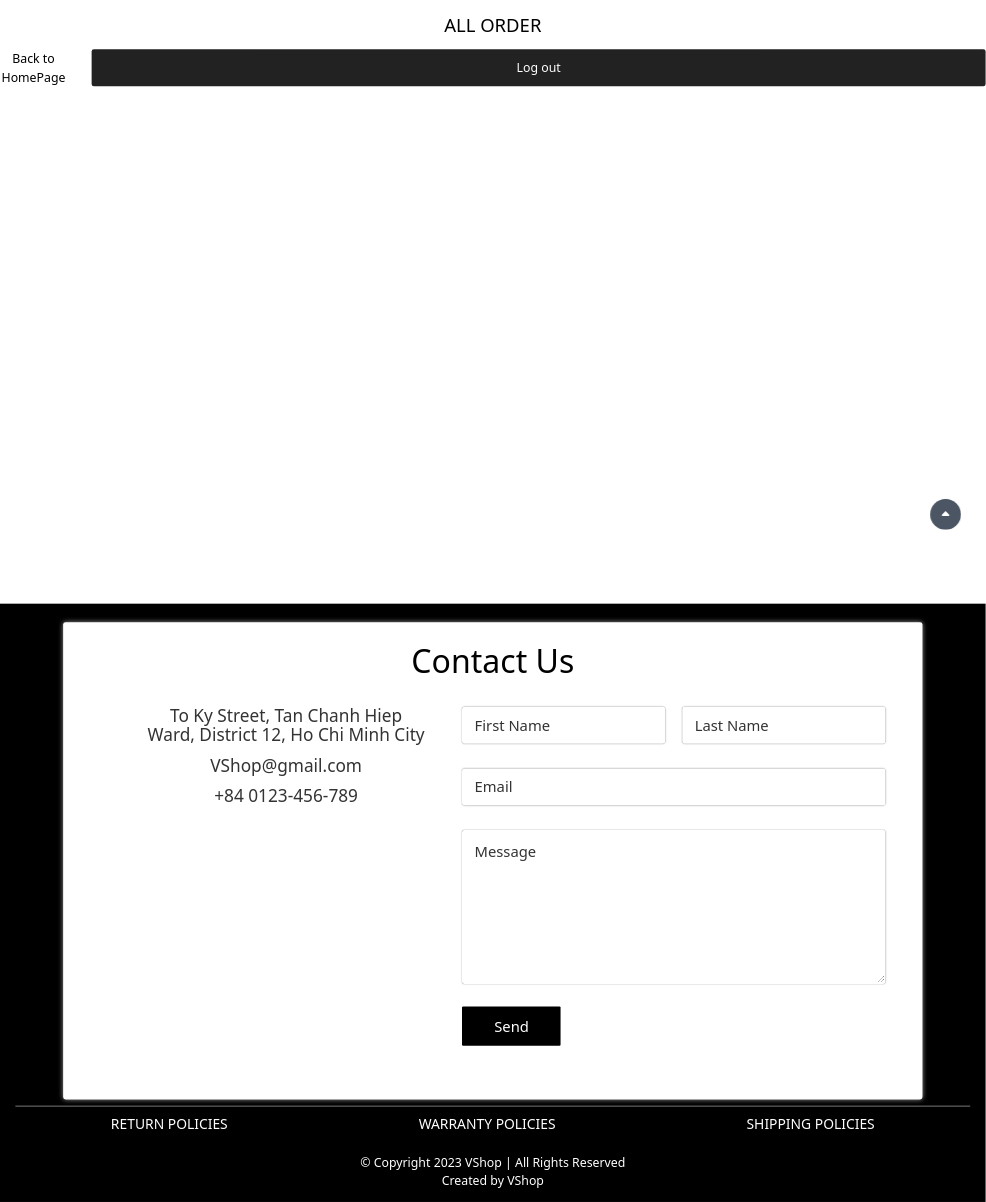
Repository: Kith933UTH/VSHOP
Page: /user
These files come from the project's save history. The page is drawn as it stood at one moment and after the next save; the edit follows.
The browser window is 1280 px wide. The pictures show the whole page, at 77% of full size.
Pictures or frames that could not be fetched are drawn as grey boxes. The project was rebuilt for these pictures with package versions that can differ from the ones it lists, and the page was loaded fresh each time. Also part of the build but not shown: src/components/product-item/ProductItem.js, src/components/loader/Loader.js, src/constants/constants.js, src/components/product-filters/Category.js, src/components/product-filters/Price.js, src/components/product-filters/Rating.js, src/components/product-filters/ProductFilters.js, src/components/cart-shopping/CartEmpty.js and 24 more.

Above is the page before, as saved 2023-08-05 23:28:01.

After the next save:
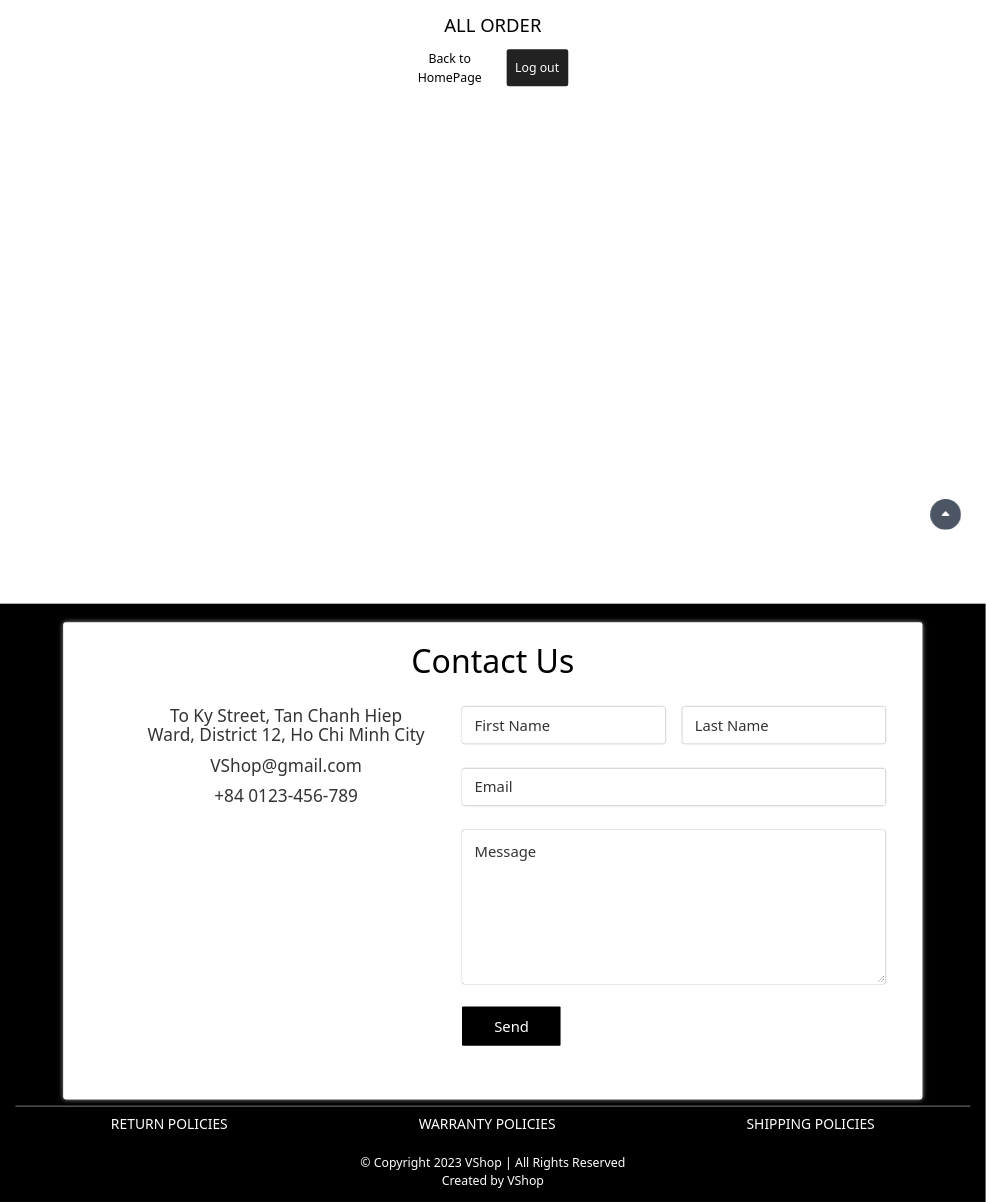
Saved 25 s later.
--- a/src/components/user/User.js
+++ b/src/components/user/User.js
@@ -24,7 +24,7 @@ export function User() {
     return (
         <>
         <div className="text-2xl font-medium text-center py-4">ALL ORDER</div>
-        <div className={`min-w-[400px] min-h-screen flex flex-col items-center}`}>
+        <div className={`min-w-[400px] min-h-screen flex flex-col items-center`}>
             {!order
             ? 'No order yet'
             : order.map((items, index) =>
